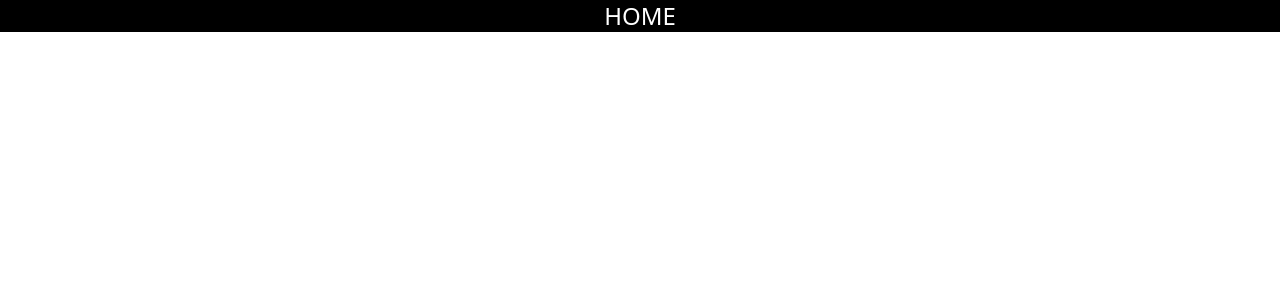
Repository: OmniaRafat232111121/ecommerceredux
Page: / (app in eco/)
These files come from the project's save history. The page is drawn as it stood at one moment and after a run of saves; the edit follows.
The browser window is 1280 px wide. The pictures show the whole page.
The project was rebuilt for these pictures with package versions that can differ from the ones it lists, and the page was loaded fresh each time.

Above is the page before, as saved 2022-11-01 18:31:05.

### eco/src/index.js
import React from 'react';
import ReactDOM from 'react-dom/client';
import App from './App';
import './index.css'
const root = ReactDOM.createRoot(document.getElementById('root'));
root.render(
  <React.StrictMode>
    <App />
  </React.StrictMode>
);

### eco/src/App.js

import { Provider } from 'react-redux';
import Header from './components/Header';
import store from './redux/store';
function App() {
  return (
  <Provider store={store}>
<div className='max-w-[1920px] mx-auto overflow-hidden bg-white'>
<Header/>
</div>
    </Provider>
  );
}

export default App;

### eco/src/components/Header.js
import React from 'react'

const Header = () => {
  return (
    <header className='bg-black text-white fixed left-0 right-0 z-10 w-full  mx-auto transition-all duration-150 '>


    <div className='w-full flex flex-col justify-between'>
    <ul className='flex flex-col justify-center items-center'>
      <li><a className='text-2xl font-primary uppercase' href="/">Home</a></li>
    </ul>

    </div>

    </header>
  )
}

export default Header

### eco/src/redux/store.js
import { createStore, applyMiddleware } from 'redux'
import { composeWithDevTools } from 'redux-devtools-extension'
import logger from 'redux-logger'
import thunk from 'redux-thunk'
import { reducers } from './reducers/rootReducer'



const store = createStore(
  reducers,
  composeWithDevTools(applyMiddleware(logger, thunk))
)

export default store

### eco/src/redux/reducers/rootReducer.js
import { combineReducers } from "redux";
import { productReducer } from "./productReducer";

 export const reducers=combineReducers({
    allproduct:productReducer
})

### eco/src/redux/reducers/productReducer.js
import { ActionTypes } from "../types/action-types";

const initialState={
    products:[
        {
            id:1,
            title:'market',
            category:"sales"
        }
    ],
}
export const productReducer=(state=initialState,{type,payload})=>{
   switch(type){
    case ActionTypes.SET_PRODUCT:
        return{
            ...state,products:payload
        }
    default:
        return state
   }
}

### eco/src/redux/types/action-types.js
export const ActionTypes={
    SET_PRODUCT:'SET_PRODUCT',
    SELECTED_PRODUCT:'SELECTED_PRODUCT',
    REMVOED_PRODUCT:'REMOVED_PRODUCT'
}

Loaded but not shown: eco/public/index.html (common file); eco/src/index.css (common file); eco/tailwind.config.js (common file)

After the next 2 saves:
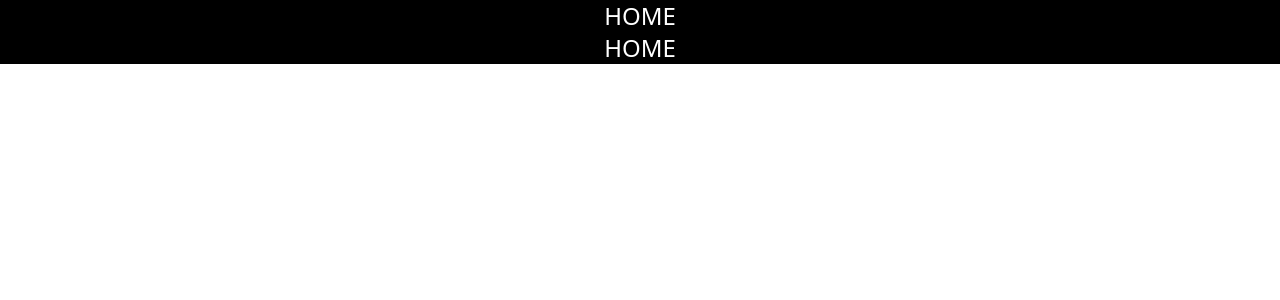
The 2 saves are shown as one change because they came seconds apart.
The last was saved 5 s later.
--- a/eco/src/components/Header.js
+++ b/eco/src/components/Header.js
@@ -8,6 +8,8 @@
     <div className='w-full flex flex-col justify-between'>
     <ul className='flex flex-col justify-center items-center'>
       <li><a className='text-2xl font-primary uppercase' href="/">Home</a></li>
+      <li><a className='text-2xl font-primary uppercase' href="/">Home</a></li>
+
     </ul>
 
     </div>

After the 3 saves that followed:
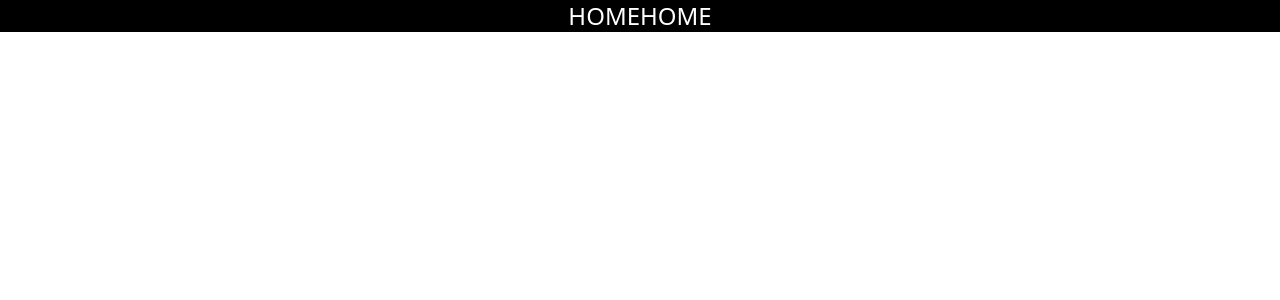
The 3 saves are shown as one change because they came seconds apart.
The last was saved 15 s later.
--- a/eco/src/components/Header.js
+++ b/eco/src/components/Header.js
@@ -6,7 +6,7 @@
 
 
     <div className='w-full flex flex-col justify-between'>
-    <ul className='flex flex-col justify-center items-center'>
+    <ul className='flex  justify-center items-center'>
       <li><a className='text-2xl font-primary uppercase' href="/">Home</a></li>
       <li><a className='text-2xl font-primary uppercase' href="/">Home</a></li>
 
